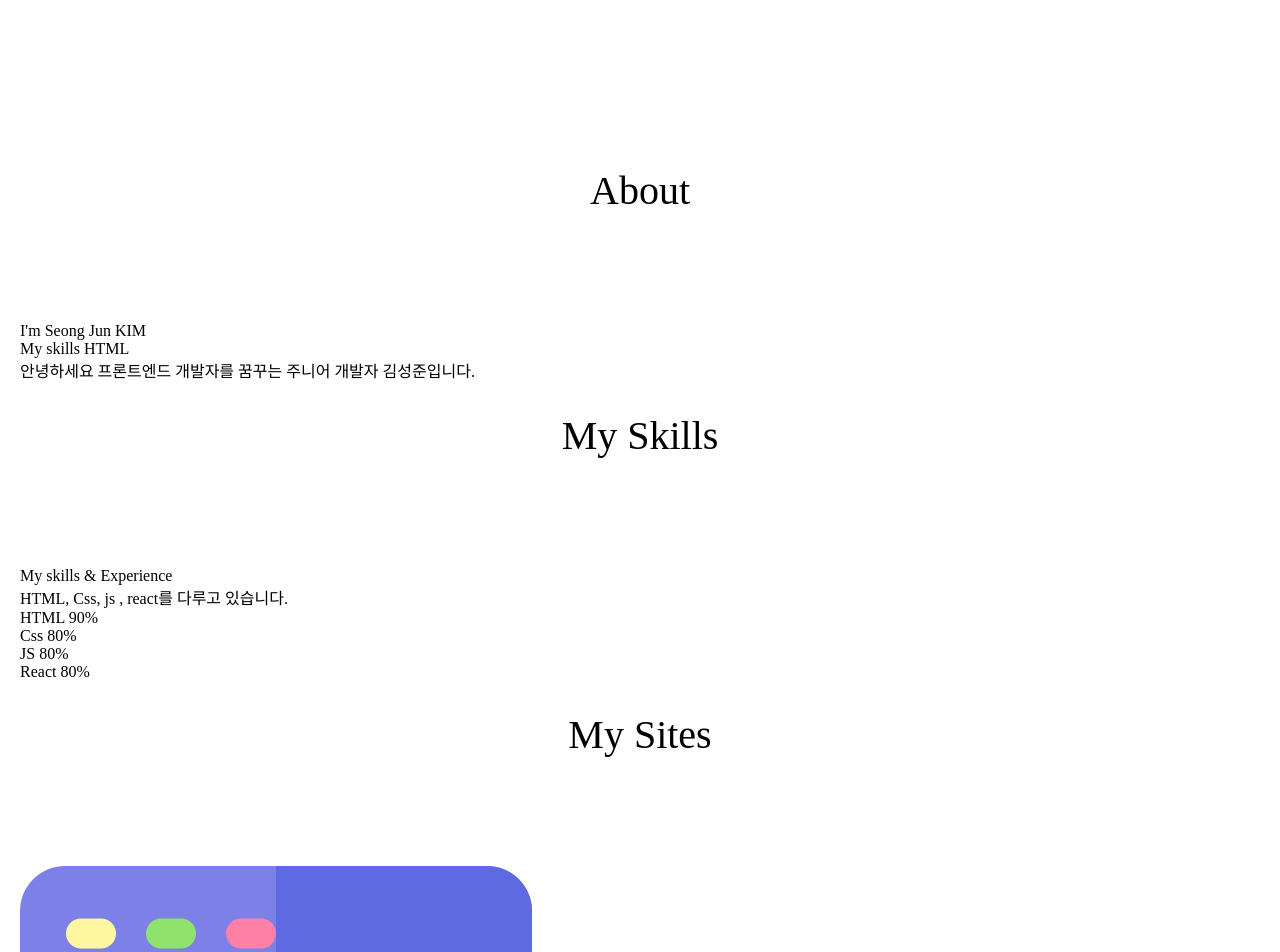
Repository: jun01270/jun
Page: index.html
These files come from the project's save history. The page is drawn as it stood at one moment and after the next save; the edit follows.
The browser window is 1280 px wide. The pictures show the part of the page from y = 583 to 1535 px (the page is 2998 px tall).
A picture or video elsewhere on the page could not be fetched, so the positions and the page height are approximate. Some web libraries are served in a nearby version.

Above is the page before, as saved 2023-05-09 17:11:59.

After the next save:
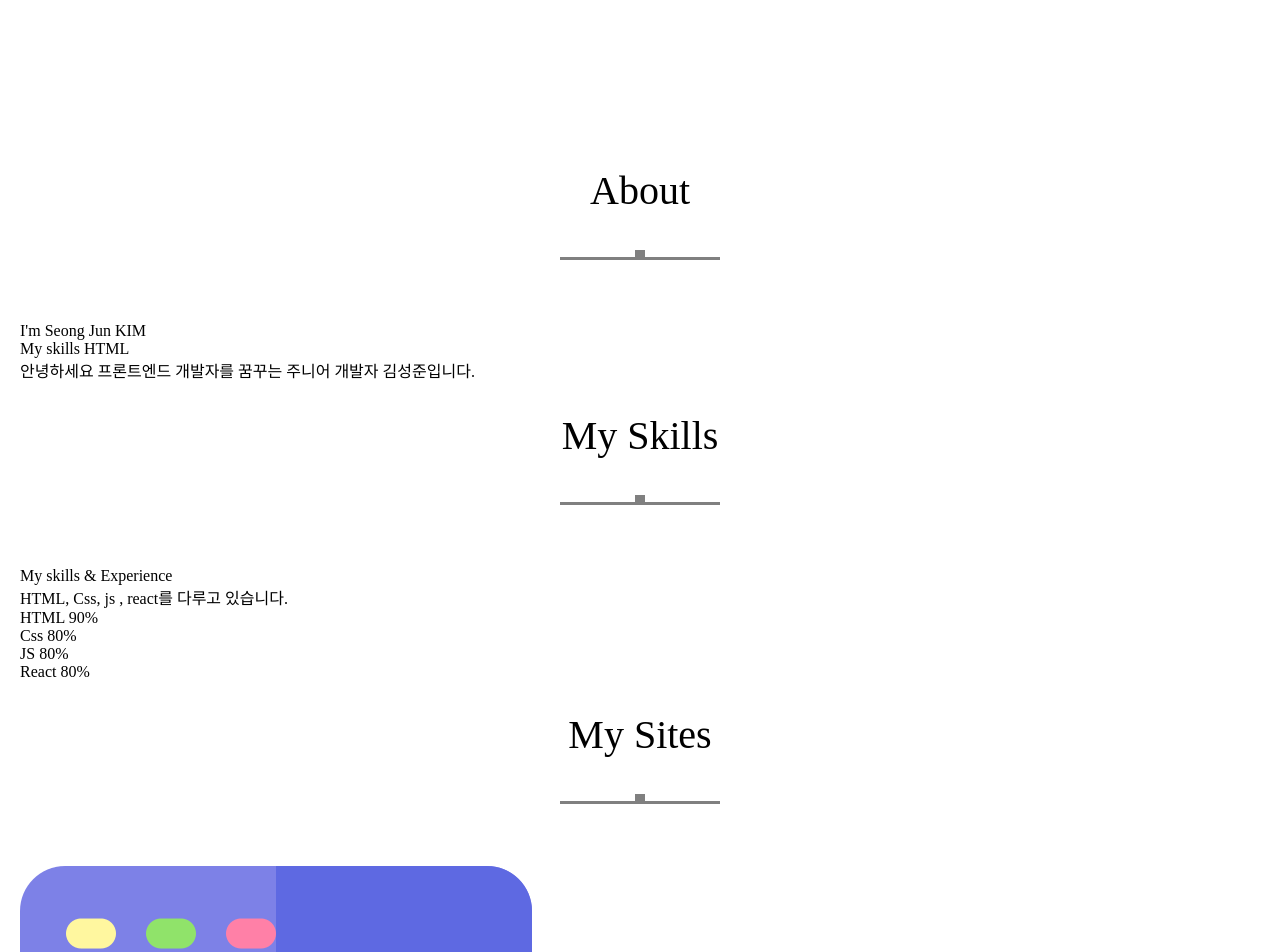
Saved 5 min 34 s later.
--- a/css/style.css
+++ b/css/style.css
@@ -36,6 +36,29 @@ html {
   font-weight: 500;
   margin: 30px 0 100px 0;
   padding-bottom: 8px;
+}
+
+.title::before {
+  content: "";
+  position: absolute;
+  bottom: -38px;
+  left: 50%;
+  width: 160px;
+  height: 3px;
+  background-color: gray;
+  transform: translateX(-50%);
+}
+
+.title::after {
+  content: "";
+  position: absolute;
+  bottom: -38px;
+  left: 50%;
+  font-size: 20px;
+  color: rgb(255, 164, 45);
+  padding: 5px;
+  background-color: gray;
+  transform: translateX(-50%);
 }
 
 .navbar {
